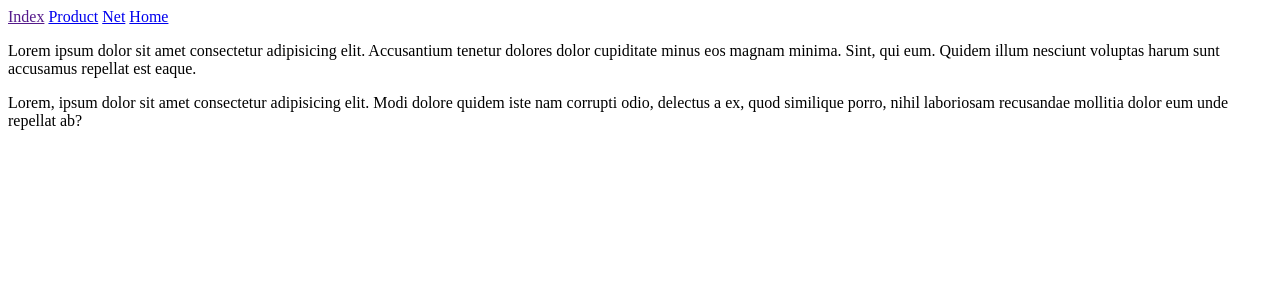
Repository: Nguyen-Toan-2004/du-an-test
Page: home.html
These files come from the project's save history. The page is drawn as it stood at one moment and after a run of saves; the edit follows.
The browser window is 1280 px wide. The pictures show the whole page.

Above is the page before, as saved 2025-10-16 20:31:31.

After the next 3 saves:
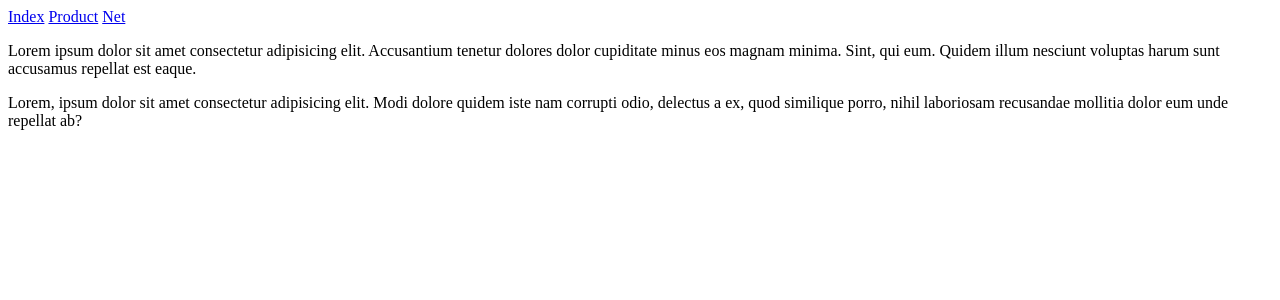
The 3 saves are shown as one change because they came seconds apart.
The last was saved 10 s later.
--- a/home.html
+++ b/home.html
@@ -6,10 +6,9 @@
     <title>Document</title>
   </head>
   <body>
-    <a href="">Index</a>
+    <a href="index.html">Index</a>
     <a href="product.htm">Product</a>
     <a href="net.htm">Net</a>
-    <a href="home.html">Home</a>
     <p>
       Lorem ipsum dolor sit amet consectetur adipisicing elit. Accusantium
       tenetur dolores dolor cupiditate minus eos magnam minima. Sint, qui eum.
